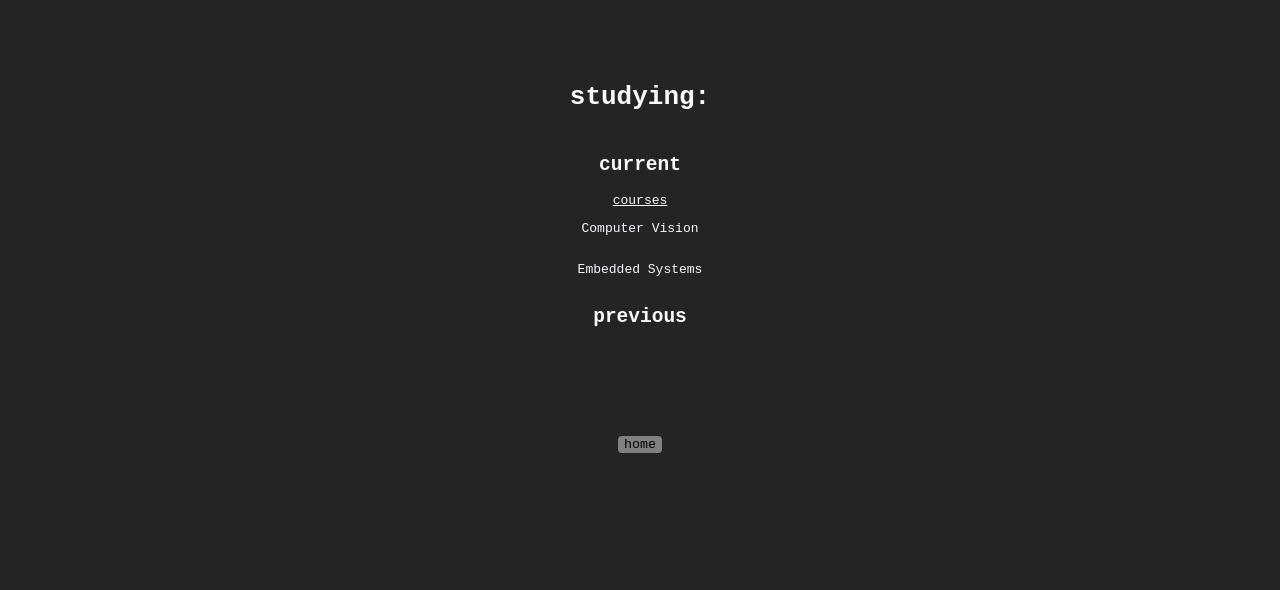
Repository: yellowspots/geneweb
Page: studying.html
These files come from the project's save history. The page is drawn as it stood at one moment and after the next save; the edit follows.
The browser window is 1280 px wide. The pictures show the whole page.

Above is the page before, as saved 2024-05-03 01:01:07.

### studying.html
<!DOCTYPE html>
<html>
    <link rel="stylesheet" type="text/css" href="styles.css">
<head>
    <title>courses</title>
</head>
<body>
    <div style="text-align: center; display: flex; align-items: center; justify-content: center; height: 20vh;">
        <h1>studying:</h1>
    </div>
    <div style="text-align: center; display: flex; flex-direction: column; align-items: center; justify-content: center; height: 20vh;">
        <h2>current</h2>
            <a href="courses.html">courses</a>
            <p>Computer Vision</p>
            <p>Embedded Systems</p>

        <h2>previous</h2>
    </div>
</body>
<footer>
    <button class="home-button" onclick="window.location.href='index.html'">
        <span>home</span>
    </button>
</footer>
</html>

### styles.css
body {
    background: rgb(36, 36, 36);
    text-align: center;
    margin: 0;
    padding: 25px;
}

#worldmap {
    margin: 20px;
}

#worldmap svg {
    background: rgba(68, 71, 72, 0.4);
    border-radius: 200px;
    box-shadow: 0 0 10px rgba(0, 0, 0, 0.4);
}

.land {
    fill: rgba(143, 142, 142, 0.94);
}

#globesarecool {
    color: #8a8992;
    text-shadow: 0 0 10px rgba(210, 210, 210, 0.4);
}

h1, h2, a, p {
    color: rgb(250, 250, 254);
    font-family: monospace;
}

.my-button {
    background-color: #656161;
    color: #252424;
    border: none;
    padding: 10px 20px;
    font-family: monospace;
    text-align: center;
    text-decoration: none;
    display: inline-block;
    font-size: 16px;
    cursor: pointer;
    border-radius: 6px;
    margin-bottom: 10px;
    margin-right: 1.0%;
    max-width: 175px;
    width: 100%;
    max-height: 60px;
    overflow: hidden;
    white-space: nowrap;

}

.home-button {
    width: auto;
    font-family: monospace;
    cursor: pointer;
    max-width: 160px;
    border: none;
    background-color: grey;
    box-sizing: border-box;
    white-space: nowrap;
    overflow: hidden;
    border-radius: 4px;
    margin-top: 10%;
    text-overflow: ellipsis;
}


@media only screen and (max-width: 600px) {
    .my-button {
        flex-direction: row !important;
        flex-wrap: wrap;
        justify-content: center;
    }
}


@media only screen and (max-width: 600px) {
    h2, #globesarecool {
        font-size: 4vw; /* Reduce font size on smaller screens */
    }
}

After the next save:
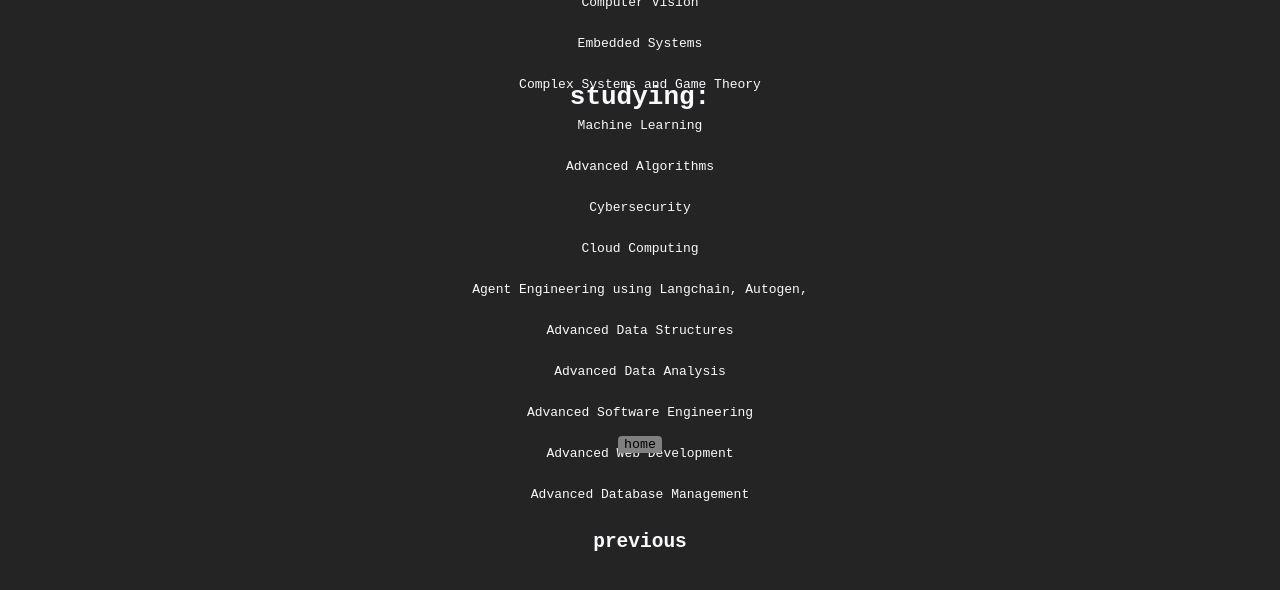
Saved 10 s later.
--- a/studying.html
+++ b/studying.html
@@ -13,6 +13,18 @@
             <a href="courses.html">courses</a>
             <p>Computer Vision</p>
             <p>Embedded Systems</p>
+            <p>Complex Systems and Game Theory</p>
+            <p>Machine Learning</p>
+            <p>Advanced Algorithms</p>
+            <p>Cybersecurity</p>
+            <p>Cloud Computing</p>
+            <p>Agent Engineering using Langchain, Autogen, </p>
+
+            <p>Advanced Data Structures</p>
+            <p>Advanced Data Analysis</p>
+            <p>Advanced Software Engineering</p>
+            <p>Advanced Web Development</p>
+            <p>Advanced Database Management</p>
 
         <h2>previous</h2>
     </div>
